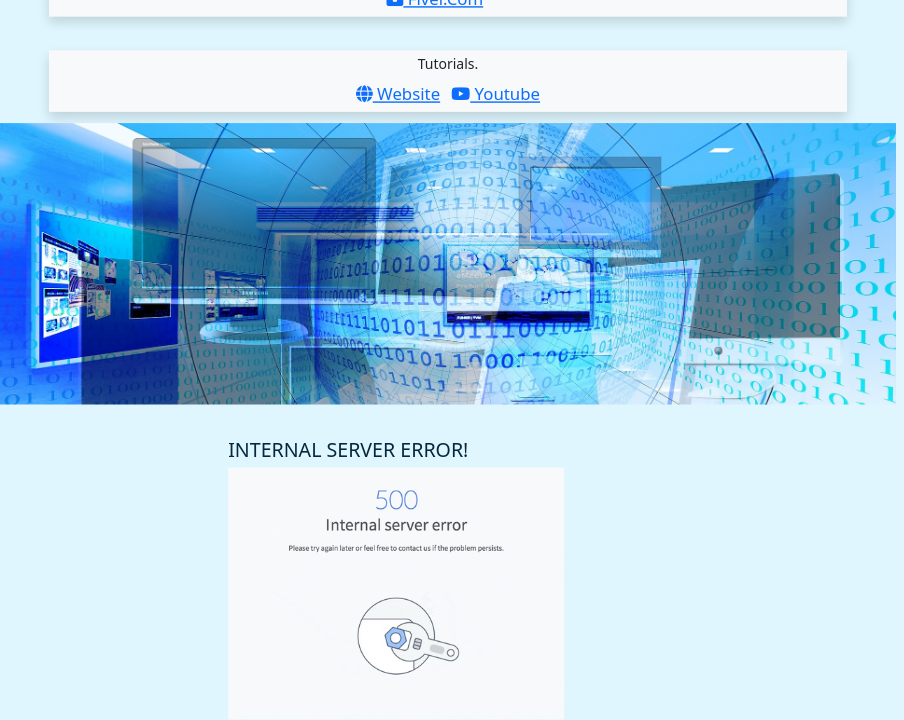
Repository: initer3737/initer3737.github.io
Page: index.html
An editor plug-in stored every save of this project. The page is shown before and after the next save, followed by the edit.
The browser window is 1280 px wide. The page is 1292 px wide, so the pictures cover 1292 px, including what lies to the right of the window. The pictures show the part of the page from y = 1357 to 3237 px (the page is 2385 px tall before and 3237 px after), at 70% of full size.
Some web libraries are served in a nearby version.

Above is the page before, as saved 2022-06-12 08:16:06.
Console error: TypeError: Cannot set properties of null (setting 'innerHTML')

### index.html
<!DOCTYPE html>
<html lang="en">
<head>
    <meta charset="UTF-8">
    <meta http-equiv="X-UA-Compatible" content="IE=edge">
    <meta name="viewport" content="width=device-width, initial-scale=1.0">
    <title>puthut wahyu aji</title>
    <link href="https://cdn.jsdelivr.net/npm/bootstrap@5.0.2/dist/css/bootstrap.min.css" rel="stylesheet" integrity="sha384-EVSTQN3/azprG1Anm3QDgpJLIm9Nao0Yz1ztcQTwFspd3yD65VohhpuuCOmLASjC" crossorigin="anonymous">
    <script src="https://kit.fontawesome.com/7bb1ae10af.js" crossorigin="anonymous"></script>

    <link rel="stylesheet" href="css/style.css">
</head>
<body class="bg-1">
    <header class=" bg-1">
       <div class="row">
         <img src="img/banner-982162_1920.jpg" alt="" class="img-fluid" srcset="">
       </div>
    </header>
    <div class="container bg-light shadow rounded  d-flex flex-column gap-4 justify-content-center align-content-center align-items-center p-2">
        <div class="row d-flex align-content-center align-items-center">
            <div class="col-12">
               <div class="bg-primary text-capitalize d-flex justify-content-between">
                <p id="fulldate" class="h4 text-light p-2"></p>
                <p id="jam" class="h4 text-light p-2"></p>
               </div>
            </div>
            <div class="col-10 col-md-5 col-lg-4">
               <div class="card shadow m-2 p-1 position-relative">
                <video src="img/Earth - 4788.mp4" loop muted autoplay class="w-100 rounded-pill py-5 px-2"></video>
                <div class="filter2"></div>
               </div>
            </div>
            <div class="col-10 col-md-9 col-lg-8">
               <h5 class="text-capitalize">social media.</h5>
               <div class="d-flex flex-row align-content-center align-items-center gap-3">
                <div class="d-flex flex-column fs-4">
                    <a href="https://www.instagram.com/puthutwahyuaji/" target="_blank" class="text-capitalize"><i class="fa-brands fa-instagram"></i> instagram</a>
                    <!-- <a href="https://www.facebook.com/puthut.wahyuaji.94/" target="_blank" class="text-capitalize"><i class="fa-brands fa-facebook"></i> facebook</a>
                    <a href="https://twitter.com/puthut_wahkyu" target="_blank" class="text-capitalize"><i class="fa-brands fa-twitter"></i> twitter</a> -->
                    <!-- <a href="https://www.sololearn.com/profile/22926925" target="_blank" class="text-capitalize"><i class="fa-solid fa-globe"></i> sololearn</a> -->
                    <!-- <a href="https://www.duolingo.com/profile/PUTHUTWAHY" target="_blank" class="text-capitalize"><i class="fa-solid fa-globe"></i> duolingo</a> -->
                    <a href="https://github.com/initer3737" target="_blank" class="text-capitalize"><i class="fa-brands fa-github"></i> github</a>
                </div>
                <div class=""><a href="game.html" class="btn btn-outline-primary rounded-pill px-5 py-2">Game</a></div>
            </div>
            </div>
        </div>
    </div>
    <!-- https://www.fiverr.com/share/lYqN8j -->
    <div class="container bg-light shadow mt-5 d-flex flex-column gap-1 justify-content-center align-content-center align-items-center p-2">
        <h5><i class="fa-solid fa-briefcase"></i> framework.</h5>
            <h3><i class="fa-brands fa-laravel text-danger"></i> laravel</h3>
            <h3><i class="fa-brands fa-bootstrap text-primary"></i> bootstrap 5</h3>
        </div>
    </div>

    <div class="container bg-light shadow mt-5 d-flex flex-column  justify-content-center align-content-center align-items-center p-2">
        <h5>language.</h5>
            <h3><i class="fa-brands fa-php php"></i> php</h3>
            <h3><i class="fa-brands fa-js-square javascript"></i> javascript</h3>
            <h3><i class="fa-solid fa-database mysql"></i> mysql</h3>
            <h3><i class="fa-brands fa-html5 html"></i> html 5</h3>
            <h3><i class="fa-brands fa-css3-alt css"></i> css</h3>
        </div>

        <div class="container bg-light shadow mt-5 d-flex flex-column  justify-content-center align-content-center align-items-center p-2">
            <h5 class="capitalize">Hire me on.</h5>
            <div class="d-flex flex-column fs-4">
                <a href="https://www.upwork.com/workwith/puthutwahyuaji" target="_blank"><i class="fa-solid fa-briefcase"></i> upwork.com</a>
                <a href="https://www.fiverr.com/share/lYqN8j" target="_blank"><i class="fa-solid fa-briefcase"></i> fiver.com</a>
            </div>
            </div>

    </div>

    <div class="container bg-light shadow mt-5 d-flex flex-column gap-1 justify-content-center align-content-center align-items-center p-2">
        <h5>tutorials.</h5>
        <div class="fs-4 d-flex gap-3">
            <a href="https://initer3737.github.io/course/html/pages/course.html" target="_blank"><i class="fa-solid fa-globe"></i> website</a>
            <a href="https://www.youtube.com/channel/UClsfa0LkA3_YMsFjW1M__sw" target="_blank"><i class="fa-brands fa-youtube"></i> youtube</a>
        </div>
    </div>

    <footer class="mt-3 text-light">
       <div class="row">
        <div class="col-12">
            <img src="img/banner-909710_1920.jpg" class="img-fluid" alt="">
           </div>
           <div class="col-6 mt-5 m-auto">
            <div class="d-flex flex-row flex-wrap">
                <h3 class="color-4">INTERNAL SERVER ERROR!</h3>
                <img src="img/giphy.gif" class="img-fluid" alt="">
            </div>
           </div>
       </div>
    </footer>
    <script src="https://cdn.jsdelivr.net/npm/bootstrap@5.0.2/dist/js/bootstrap.bundle.min.js" integrity="sha384-MrcW6ZMFYlzcLA8Nl+NtUVF0sA7MsXsP1UyJoMp4YLEuNSfAP+JcXn/tWtIaxVXM" crossorigin="anonymous"></script>
</body>
</html>

<script>
    function Years() {
        $date=new Date();
        let t=document.getElementById('year');
        t.innerHTML=`${$date.getFullYear()} - ${$date.getFullYear()+5}`;
    }
    function Jam(){
        let T=document.getElementById('jam');
        let time=new Date();let hour;let minuets;let second;let statusTime;
        hour=validateTime(time.getHours());minuets=validateTime(time.getMinutes());second=validateTime(time.getSeconds());statusTime=()=>{
            if(hour > 00 &&hour < 11 ){
                status="pagi";
            }else if(hour >11 && hour < 15){
                status="siang";
            }else if(hour > 15 && hour < 18 ){
                status="sore";
            }else{
                status="malam";
            }

            return status;
        };
        T.innerHTML=`${hour}:${minuets}:${second} : ${statusTime()}`;
        setTimeout('Jam()',1000);
    }
    function Tanggal(){
        let t=document.getElementById("fulldate");
        let time=new Date();
        let hari;let bulan;let tanggal;let tahun;let hariAngka=time.getDate();
        tahun=time.getFullYear();bulan=time.getMonth();hari=time.getDay();
        let data={
            hari:["minggu","senin","selasa","rabu","kamis","jum'at","sabtu"],
            bulan:["januari","february","maret","april","mei","juni","juli","agustus","september","oktober","november","desember"]
        };
         t.innerHTML=`${data.hari[hari]}  ${hariAngka}  ${data.bulan[bulan]}  ${tahun}`;
    }
    const validateTime=(T)=>T<10 ?'0'+T:T;

    const initialize=()=>{
                Tanggal();
                Years();
                Jam();
            }

            initialize();
</script>

### css/style.css
*{
    text-transform: capitalize;
   cursor: url(https://ani.cursors-4u.net/cursors/cur-13/cur1162.ani), url(https://ani.cursors-4u.net/cursors/cur-13/cur1162.png), auto !important;
}
body{
    cursor: url('img/cursor.jpeg'),auto;
    /* background-color: #ddd; */
}
a:hover{
    transition:ease-in-out 0.5s;
    color: blueviolet;
    text-decoration: none;
}
.css{
    color: dodgerblue;
    background-color:white ;
}
.html{
    color: orange;
    background-color: white;
}
.mysql{
    background-color:white ;
    color: blue;
}
.javascript{
    background-color:rgb(51, 51, 9) ;
    color: yellow;
}
.php{
    background-color:indigo ;
    color: white;
}
header{
    /* height: 90vh; */
    display: flex;
    align-items: center;
    align-content: center;
    justify-content: center;
}
.filter{
    background-color: dodgerblue;
    opacity: 0.6;
    height: 100%;
    top: 0;
    width: 100%;
    position: absolute;
}
.text-container{
    z-index: 999;
}
.card:hover{
    /* border-color: dodgerblue; */
    background-color: dodgerblue;
    transform: perspective(12px);
    cursor: pointer;
}
.gambar{
    background-image: #000;
}

/*color pallete*/
.color-1{
    color:#DFF6FF;
}
.bg-1{
    background-color:#DFF6FF;
}

.color-2{
    color:#47B5FF;
}
.bg-2{
    background-color:#47B5FF;
}

.color-3{
    color:#1363DF;
}
.bg-3{
    background-color:#1363DF;
}

.color-4{
    color:#06283D;
}
.bg-4{
    background-color:#06283D;
}

After the next save:
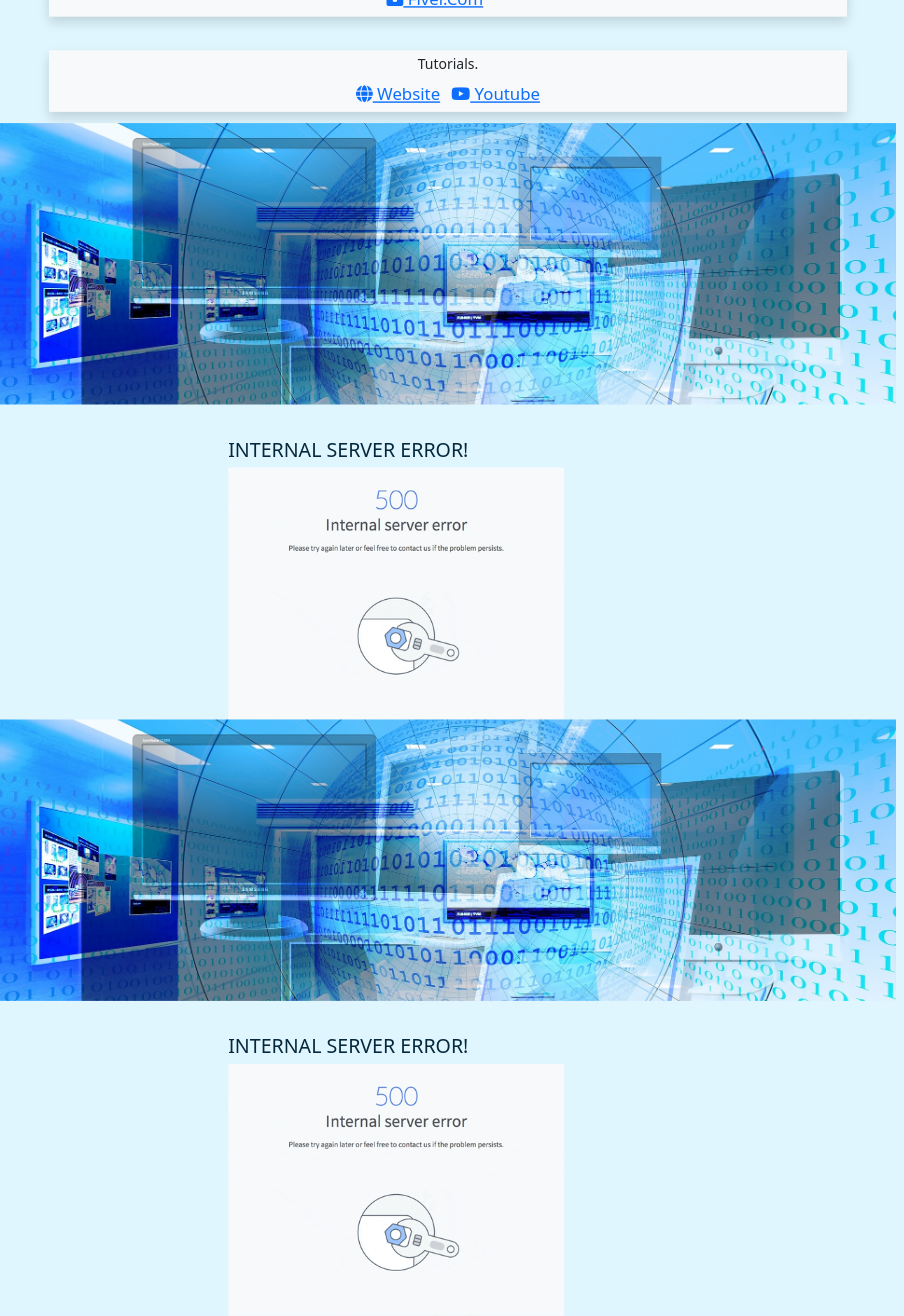
Saved 43 s later.
--- a/index.html
+++ b/index.html
@@ -92,6 +92,15 @@
                 <img src="img/giphy.gif" class="img-fluid" alt="">
             </div>
            </div>
+           <div class="col-12">
+            <img src="img/banner-909710_1920.jpg" class="img-fluid" alt="">
+           </div>
+           <div class="col-6 mt-5 m-auto">
+            <div class="d-flex flex-row flex-wrap">
+                <h3 class="color-4">INTERNAL SERVER ERROR!</h3>
+                <img src="img/giphy.gif" class="img-fluid" alt="">
+            </div>
+           </div>
        </div>
     </footer>
     <script src="https://cdn.jsdelivr.net/npm/bootstrap@5.0.2/dist/js/bootstrap.bundle.min.js" integrity="sha384-MrcW6ZMFYlzcLA8Nl+NtUVF0sA7MsXsP1UyJoMp4YLEuNSfAP+JcXn/tWtIaxVXM" crossorigin="anonymous"></script>
